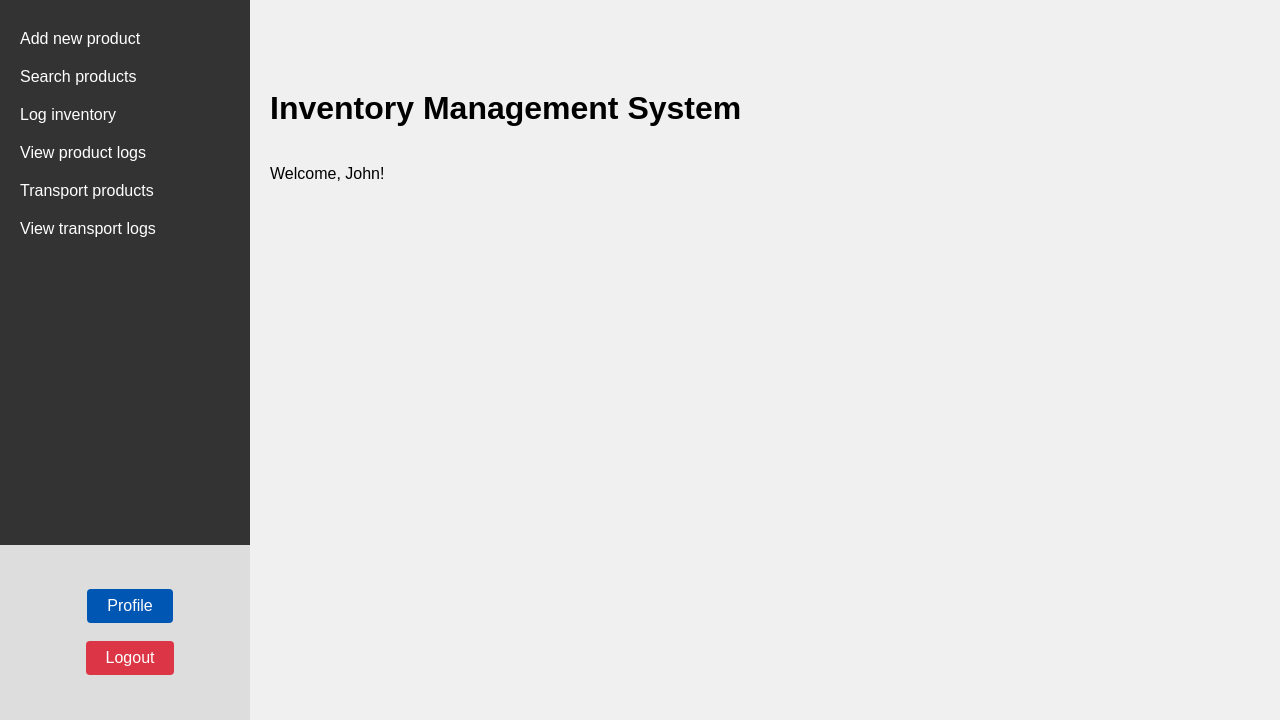
Repository: Warspinix/Flask-Web-Applications
Page: http://localhost/dashboard
An editor plug-in stored every save of this project. The page is shown before and after the next save, followed by the edit.
The browser window is 1280 px wide. The pictures show the whole page.
The pointer rests on the first visible `.profile-logout a.btn`.
The page is served by the project's application, run on Flask 3 (app.py). The session is filled in as if someone had signed in: {"user_id": 1, "first_name": "John"}.

Above is the page before, as saved 2024-06-13 22:35:53.

### templates/dashboard.html
<!-- dashboard.html -->

<!DOCTYPE html>
<html>

<head>
    <title>Inventory Management System</title>
    <link rel="stylesheet" type="text/css" href="{{ url_for('static', filename='style.css') }}">
</head>

<body>
    <div class="container">
        <!-- Navigation Bar -->
        <nav class="navbar" id="navbar">
            <div class="navbar-container">
                <!-- Functionality list -->
                <ul class="navbar-menu" id="menu">
                    <li><a href="{{ url_for('add_product') }}">Add new product</a></li>
                    <li><a href="{{ url_for('search_products') }}">Search products</a></li>
                    <li><a href="{{ url_for('log_inventory') }}">Log inventory</a></li>
                    <li><a href="{{ url_for('view_product_logs') }}">View product logs</a></li>
                    <li><a href="{{ url_for('transport_products') }}">Transport products</a></li>
                    <li><a href="{{ url_for('view_transport_logs') }}">View transport logs</a></li>
                </ul>

                <div class="profile-logout">
                    <a href="{{ url_for('profile') }}" class="btn btn-primary">Profile</a><br>
                    <a href="{{ url_for('logout') }}" class="btn btn-danger">Logout</a>
                </div>
            </div>
        </nav>
        <div class="content">
            <h1>Inventory Management System</h1>

            <!-- Welcome message -->
            <p>Welcome, {{ first_name }}!</p>
        </div>
    </div>
</body>

</html>

### app.py
from flask import Flask, render_template, redirect, url_for, flash, session
import flask_mysqldb
from flask_wtf import FlaskForm
from wtforms import StringField, PasswordField, SubmitField, IntegerField, SelectField
from wtforms.validators import DataRequired, NumberRange, Optional
import os
import datetime
from flask_bcrypt import Bcrypt

secret_key = os.urandom(24).hex()

app = Flask(__name__)
app.config["SECRET_KEY"] = secret_key
app.config["MYSQL_HOST"] = "localhost"
app.config["MYSQL_USER"] = "root"
app.config["MYSQL_PASSWORD"] = ""
app.config["MYSQL_DB"] = "inventory"

bcrypt = Bcrypt(app)

mysql = flask_mysqldb.MySQL(app)

class RegistrationForm(FlaskForm):
    email = StringField("Email", validators=[DataRequired()])
    first_name = StringField("First Name", validators=[DataRequired()])
    last_name = StringField("Last Name", validators=[DataRequired()])
    password = PasswordField("Password", validators=[DataRequired()])
    submit = SubmitField("Register")

class LoginForm(FlaskForm):
    user_id = StringField("User ID", validators=[DataRequired()])
    password = PasswordField("Password", validators=[DataRequired()])
    submit = SubmitField("Login")

class AddProductForm(FlaskForm):
    product_name = StringField("Product Name", validators=[DataRequired()])
    submit = SubmitField("Add Product")

class SearchForm(FlaskForm):
    search_by = StringField("Search by", validators=[DataRequired()])
    search_term = StringField("Search term", validators=[DataRequired()])
    submit = SubmitField("Search")

class AddToInventoryForm(FlaskForm):
    product_id = StringField("Product ID", validators=[DataRequired()])
    quantity_added = StringField("Quantity to add", validators=[DataRequired()])
    submit = SubmitField("Add to Inventory")

from flask_wtf import FlaskForm
from wtforms import SelectField, StringField, SubmitField
from wtforms.validators import DataRequired, Optional

class ViewProductLogsForm(FlaskForm):
    search_by = SelectField("Search by", choices=[
        ('', 'Select option'),
        ('id', 'Product ID'),
        ('month', 'Month'),
        ('both', 'Both')
    ], validators=[DataRequired()])
    product_id = StringField("Product ID", validators=[Optional()])
    month = SelectField("Select month", choices=[
        ('', 'Select month'),
        ('1', 'January'), ('2', 'February'), ('3', 'March'), ('4', 'April'),
        ('5', 'May'), ('6', 'June'), ('7', 'July'), ('8', 'August'),
        ('9', 'September'), ('10', 'October'), ('11', 'November'), ('12', 'December')
    ], validators=[Optional()])
    submit = SubmitField("View Logs")


class TransportForm(FlaskForm):
    product_id = IntegerField('Product ID', validators=[DataRequired(), NumberRange(min=1)])
    quantity_transported = IntegerField('Quantity to transport', validators=[DataRequired(), NumberRange(min=1)])
    submit = SubmitField('Transport')

class ViewTransportLogsForm(FlaskForm):
    search_by = SelectField("Search by", choices=[('', 'Select option'), ('id', 'Product ID'), ('month', 'Month'), ('both', 'Both')], validators=[DataRequired()])
    product_id = StringField("Product ID", validators=[Optional()])
    month = StringField("Select month", validators=[Optional()])
    submit = SubmitField("View Logs")


@app.route("/")
def index():
    return render_template("index.html")

@app.route("/register", methods=["GET", "POST"])
def register():
    form = RegistrationForm()
    if form.validate_on_submit():
        cur = mysql.connection.cursor()
        cur.execute("SELECT COUNT(*) FROM users")
        count = cur.fetchone()[0] + 1
        user_id = str(datetime.date.today().year) + str(count).zfill(3)
        registration_date = datetime.date.today()
        registration_time = datetime.datetime.now().time()
        hashed_password = bcrypt.generate_password_hash(form.password.data).decode('utf-8')
        cur.execute("INSERT INTO users (id, email, first_name, last_name, password, registration_date, registration_time) VALUES (%s, %s, %s, %s, %s, %s, %s)",
                    (user_id, form.email.data, form.first_name.data, form.last_name.data, hashed_password, registration_date, registration_time))
        mysql.connection.commit()
        # flash("Registration successful! You will be redirected to the home page in 3 seconds.")
        # return render_template("register_success.html")
        return redirect(url_for("index"))
    return render_template("register.html", form=form)

@app.route("/login", methods=["GET", "POST"])
def login():
    form = LoginForm()
    if form.validate_on_submit():
        cur = mysql.connection.cursor()
        print(form.user_id.data)
        print(form.password.data)
        cur.execute("SELECT password, first_name FROM users WHERE email = %s", (form.user_id.data,))
        result = cur.fetchone()
        print(result)
        if result:
            hashed_password = result[0]
            if bcrypt.check_password_hash(hashed_password, form.password.data):
                session['user_id'] = form.user_id.data
                session['first_name'] = result[1]  # Store first name in session
                return redirect(url_for("dashboard"))
            else:
                flash("Invalid user ID or password")
        else:
            flash("Invalid user ID or password")
    return render_template("login.html", form=form)

@app.route("/logout")
def logout():
    session.pop('user_id', None)
    session.pop('first_name', None)
    return redirect(url_for("index"))

@app.route("/dashboard")
def dashboard():
    if 'user_id' not in session:
        return redirect(url_for("login"))
    return render_template("dashboard.html", user_id=session['user_id'], first_name=session['first_name'])

@app.route("/profile")
def profile():
    if 'user_id' not in session:
        return redirect(url_for("login"))
    cur = mysql.connection.cursor()
    cur.execute("SELECT email, first_name, last_name, registration_date FROM users WHERE id = %s", (session['user_id'],))
    result = cur.fetchone()
    if result:
        return render_template("profile.html", email=result[0], first_name=result[1], last_name=result[2], registration_date=result[3])
    else:
        flash("User not found")
        return redirect(url_for("dashboard"))

@app.route("/add_product", methods=["GET", "POST"])
def add_product():
    if 'user_id' not in session:
        return redirect(url_for("login"))
    form = AddProductForm()
    if form.validate_on_submit():
        cur = mysql.connection.cursor()
        cur.execute("INSERT INTO products (name, quantity) VALUES (%s, %s)",
                    (form.product_name.data, 0))
        mysql.connection.commit()
        cur.execute("SELECT id FROM products ORDER BY id DESC LIMIT 1")
        product_id = cur.fetchone()[0]
        flash("Product added successfully! Product ID is " + str(product_id))
    return render_template("add_product.html", form=form, user_id=session['user_id'], first_name=session['first_name'])

@app.route("/search_products", methods=["GET", "POST"])
def search_products():
    if 'user_id' not in session:
        return redirect(url_for("login"))
    form = SearchForm()
    if form.validate_on_submit():
        cur = mysql.connection.cursor()
        if form.search_by.data == "id":
            cur.execute("SELECT * FROM products WHERE id = %s", (form.search_term.data,))
        else:
            cur.execute("SELECT * FROM products WHERE name LIKE %s", ("%" + form.search_term.data + "%",))
        products = cur.fetchall()
        return render_template("search_products.html", form=form, products=products, user_id=session['user_id'], first_name=session['first_name'])
    return render_template("search_products.html", form=form, user_id=session['user_id'], first_name=session['first_name'])

@app.route("/log_inventory", methods=["GET", "POST"])
def log_inventory():
    if 'user_id' not in session:
        return redirect(url_for("login"))
    form = AddToInventoryForm()
    if form.validate_on_submit():
        cur = mysql.connection.cursor()
        cur.execute("SELECT quantity FROM products WHERE id = %s", (form.product_id.data,))
        result = cur.fetchone()
        if result:
            new_quantity = result[0] + int(form.quantity_added.data)
            cur.execute("UPDATE products SET quantity = %s WHERE id = %s", (new_quantity, form.product_id.data))
            mysql.connection.commit()
            cur.execute("INSERT INTO products_log (product_id, quantity_added, log_date, log_time, user_id) VALUES (%s, %s, %s, %s, %s)",
                        (form.product_id.data, form.quantity_added.data, datetime.date.today(), datetime.datetime.now().time(), session['user_id']))
            mysql.connection.commit()
            flash("Inventory updated successfully!")
        else:
            flash("Product not found")
    return render_template("log_inventory.html", form=form, user_id=session['user_id'], first_name=session['first_name'])

@app.route("/view_product_logs", methods=["GET", "POST"])
def view_product_logs():
    if 'user_id' not in session:
        return redirect(url_for("login"))

    form = ViewProductLogsForm()
    product_logs = None

    if form.validate_on_submit():
        search_by = form.search_by.data
        product_id = form.product_id.data
        month = form.month.data

        query = """SELECT pl.product_id, p.name, pl.quantity_added, pl.log_date, pl.log_time,
                          CONCAT(u.first_name, ' ', u.last_name) AS full_name
                   FROM products_log pl
                   JOIN products p ON pl.product_id = p.id
                   JOIN users u ON pl.user_id = u.id"""
        conditions = []
        params = []

        if search_by == 'id':
            conditions.append("pl.product_id = %s")
            params.append(product_id)
        elif search_by == 'month':
            conditions.append("MONTH(pl.log_date) = %s")
            params.append(month)
        elif search_by == 'both':
            conditions.append("pl.product_id = %s AND MONTH(pl.log_date) = %s")
            params.append(product_id)
            params.append(month)

        if conditions:
            query += " WHERE " + " AND ".join(conditions)

        cur = mysql.connection.cursor()
        cur.execute(query, tuple(params))
        product_logs = cur.fetchall()

    return render_template("view_product_logs.html", form=form, product_logs=product_logs, user_id=session['user_id'], first_name=session['first_name'])

@app.route("/transport_products", methods=["GET", "POST"])
def transport_products():
    if 'user_id' not in session:
        return redirect(url_for("login"))
    form = TransportForm()
    if form.validate_on_submit():
        cur = mysql.connection.cursor()
        cur.execute("SELECT quantity FROM products WHERE id = %s", (form.product_id.data,))
        result = cur.fetchone()
        if result:
            current_quantity = result[0]
            if current_quantity >= form.quantity_transported.data:
                new_quantity = current_quantity - form.quantity_transported.data
                cur.execute("UPDATE products SET quantity = %s WHERE id = %s", (new_quantity, form.product_id.data))
                mysql.connection.commit()
                cur.execute("INSERT INTO transports_log (product_id, user_id, quantity_transported, log_date, log_time) VALUES (%s, %s, %s, %s, %s)",
                            (form.product_id.data, session['user_id'], form.quantity_transported.data, datetime.date.today(), datetime.datetime.now().time()))
                mysql.connection.commit()
                flash("Product transported successfully!")
            else:
                flash("Not enough quantity in stock")
        else:
            flash("Product not found")
    return render_template("transport_products.html", form=form, user_id=session['user_id'], first_name=session['first_name'])

@app.route("/view_transport_logs", methods=["GET", "POST"])
def view_transport_logs():
    if 'user_id' not in session:
        return redirect(url_for("login"))
    form = ViewTransportLogsForm()
    transport_logs = None
    if form.validate_on_submit():
        search_by = form.search_by.data
        product_id = form.product_id.data
        month = form.month.data

        query = """SELECT tl.id, tl.product_id, p.name, tl.quantity_transported, tl.log_date, tl.log_time,
                          CONCAT(u.first_name, ' ', u.last_name) AS full_name
                   FROM transports_log tl
                   JOIN products p ON tl.product_id = p.id
                   JOIN users u ON tl.user_id = u.id"""
        params = []

        if search_by == 'id':
            query += " WHERE tl.product_id = %s"
            params.append(product_id)
        elif search_by == 'month':
            query += " WHERE MONTH(tl.log_date) = %s"
            params.append(month)
        elif search_by == 'both':
            query += " WHERE tl.product_id = %s AND MONTH(tl.log_date) = %s"
            params.append(product_id)
            params.append(month)

        cur = mysql.connection.cursor()
        cur.execute(query, tuple(params))
        transport_logs = cur.fetchall()

    return render_template("view_transport_logs.html", form=form, transport_logs=transport_logs, user_id=session['user_id'], first_name=session['first_name'])

if __name__ == "__main__":
    app.run(debug=True)

### static/style.css
/* Reset default styles */
* {
    margin: 0;
    padding: 0;
    box-sizing: border-box;
}

body {
    font-family: Arial, sans-serif;
    background-color: #f0f0f0;
    display: flex;
    flex-direction: column;
    min-height: 100vh;
}

h1 {
    padding-bottom: 1.2em;
}

/* Navigation Bar styles */
.navbar {
    background-color: #333;
    color: #fff;
    position: fixed;
    width: 250px; /* Set the width */
    height: 100%;
    top: 0;
    left: 0;
    z-index: 1000;
    transition: all 0.3s ease;
}

.navbar-container {
    display: flex;
    flex-direction: column;
    height: 100%;
}

.navbar-header {
    display: flex;
    align-items: center;
    justify-content: space-between; /* Adjust spacing */
    margin-bottom: 20px; /* Adjust spacing */
}

.navbar-brand {
    color: #fff;
    text-decoration: none;
    font-size: 1.5rem;
    margin-left: 10px;
}

.navbar-menu {
    list-style-type: none;
    display: flex;
    height: 75svh;
    /* padding: 10px 20px; */
    flex-direction: column;
    margin-top: 20px; /* Push menu items to the bottom */
}

.navbar-menu li {
    margin-right: 0; /* Remove margin */
}

.navbar-menu li a {
    color: #fff;
    text-decoration: none;
}

.navbar-menu li {
    padding: 10px 20px;
    transition: color 0.3s ease;
}

.navbar-menu li:hover {
    background-color: #007bff;
}

/* Profile and logout buttons */
.profile-logout {
    display: flex;
    flex-direction: column;
    background-color: #ddd;
    align-items: center;
    justify-content: center;
    text-align: right;
    padding: 10px 40px;
    height: 25svh;
}

.profile-logout a {
    color: #fff;
    text-decoration: none;
    padding: 8px 20px;
    border-radius: 4px;
    margin-left: 10px;
    transition: background-color 0.3s ease;
}

.profile-logout a.btn {
    color: #fff;
    text-decoration: none;
    padding: 8px 20px;
    border-radius: 4px;
    transition: background-color 0.3s ease;
}

.profile-logout a.btn-primary {
    background-color: #007bff;
}

.profile-logout a.btn-danger {
    background-color: #dc3545;
}

.profile-logout a.btn:hover {
    background-color: #0056b3;
}


/* Menu toggle button */
.menu-toggle {
    background: none;
    border: none;
    cursor: pointer;
    display: none;
    padding: 5px;
    position: absolute;
    top: 10px;
    right: 10px;
    z-index: 1500;
}

.menu-toggle span {
    background-color: #fff;
    display: block;
    height: 2px;
    margin-bottom: 4px;
    transition: transform 0.2s ease, background-color 0.2s ease;
    width: 20px;
}

.menu-toggle span:nth-child(1) {
    transform: translateY(6px) rotate(45deg);
}

.menu-toggle span:nth-child(2) {
    opacity: 0;
}

.menu-toggle span:nth-child(3) {
    transform: translateY(-6px) rotate(-45deg);
}

@media screen and (max-width: 768px) {
    .navbar {
        width: 250px;
        transform: translateX(-100%);
        transition: transform 0.3s ease;
    }

    .navbar.active {
        transform: translateX(0);
    }

    .navbar-container {
        flex-direction: row;
    }

    .navbar-header {
        margin-bottom: 20px; /* Adjust spacing */
        width: 100%;
        display: flex;
        justify-content: space-between;
    }

    .navbar-brand {
        margin-bottom: 0; /* Adjust spacing */
    }

    .navbar-menu {
        flex-direction: column;
        margin-top: 0;
        width: 100%;
    }

    .navbar-menu.active {
        flex-direction: column;
    }

    .menu-toggle {
        display: block;
    }

    .profile-logout a {
        margin-left: 10px;
        margin-bottom: 0;
    }
}

/* Side Navigation for small screens */
.side-nav {
    position: fixed;
    top: 0;
    left: -250px;
    width: 250px;
    height: 100%;
    background-color: #333;
    transition: all 0.3s ease;
    z-index: 1200;
}

.side-nav.active {
    left: 0;
}

.side-nav ul {
    list-style-type: none;
    padding: 0;
    margin: 20px 0;
}

.side-nav ul li {
    padding: 10px;
    border-bottom: 1px solid #666;
}

.side-nav ul li a {
    color: #fff;
    text-decoration: none;
    display: block;
    transition: all 0.3s ease;
}

.side-nav ul li a:hover {
    background-color: #007bff;
}

/* Content area */
.content {
    margin-left: 250px; /* Width of the side nav */
    margin-top: 70px;
    padding: 20px;
    flex: 1;
}

/* Form styles */
form {
    background-color: #fff;
    padding: 20px;
    border-radius: 8px;
    box-shadow: 0 4px 6px rgba(0, 0, 0, 0.1);
}

form label {
    font-weight: bold;
}

form input[type="number"],
form select {
    padding: 8px;
    margin-top: 5px;
    width: 100%;
    border: 1px solid #ccc;
    border-radius: 4px;
}

form input[type="submit"] {
    background-color: #007bff;
    color: #fff;
    border: none;
    padding: 10px 20px;
    cursor: pointer;
    margin-top: 10px;
    border-radius: 4px;
    transition: background-color 0.3s ease;
}

form input[type="submit"]:hover {
    background-color: #0056b3;
}

/* Table styles */
table {
    width: 100%;
    margin-top: 20px;
    border-collapse: collapse;
    border-radius: 8px;
    overflow: hidden;
    box-shadow: 0 4px 6px rgba(0, 0, 0, 0.1);
}

table th, table td {
    padding: 12px 15px;
    text-align: left;
    border-bottom: 1px solid #ddd;
}

table th {
    background-color: #007bff;
    color: #fff;
}

After the next save:
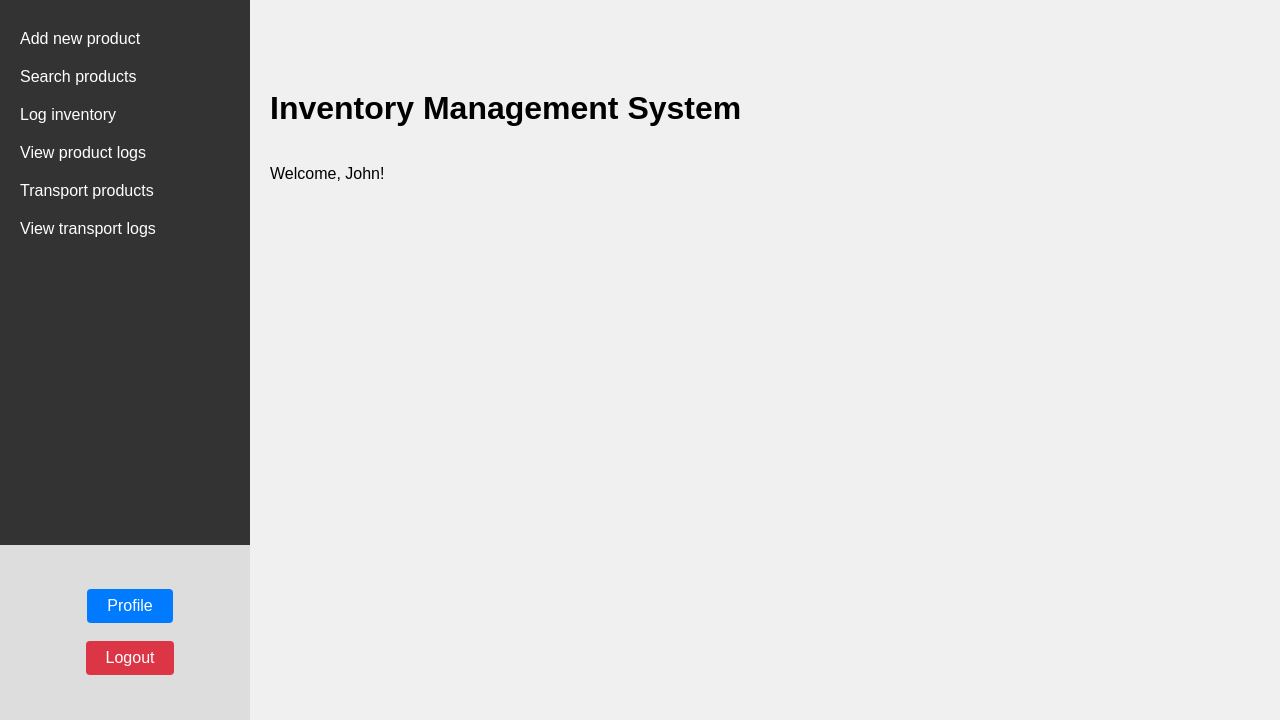
Saved 45 s later.
--- a/static/style.css
+++ b/static/style.css
@@ -114,7 +114,7 @@ h1 {
     background-color: #dc3545;
 }
 
-.profile-logout a.btn:hover {
+.profile-logout a.btn-danger:hover {
     background-color: #0056b3;
 }
 
